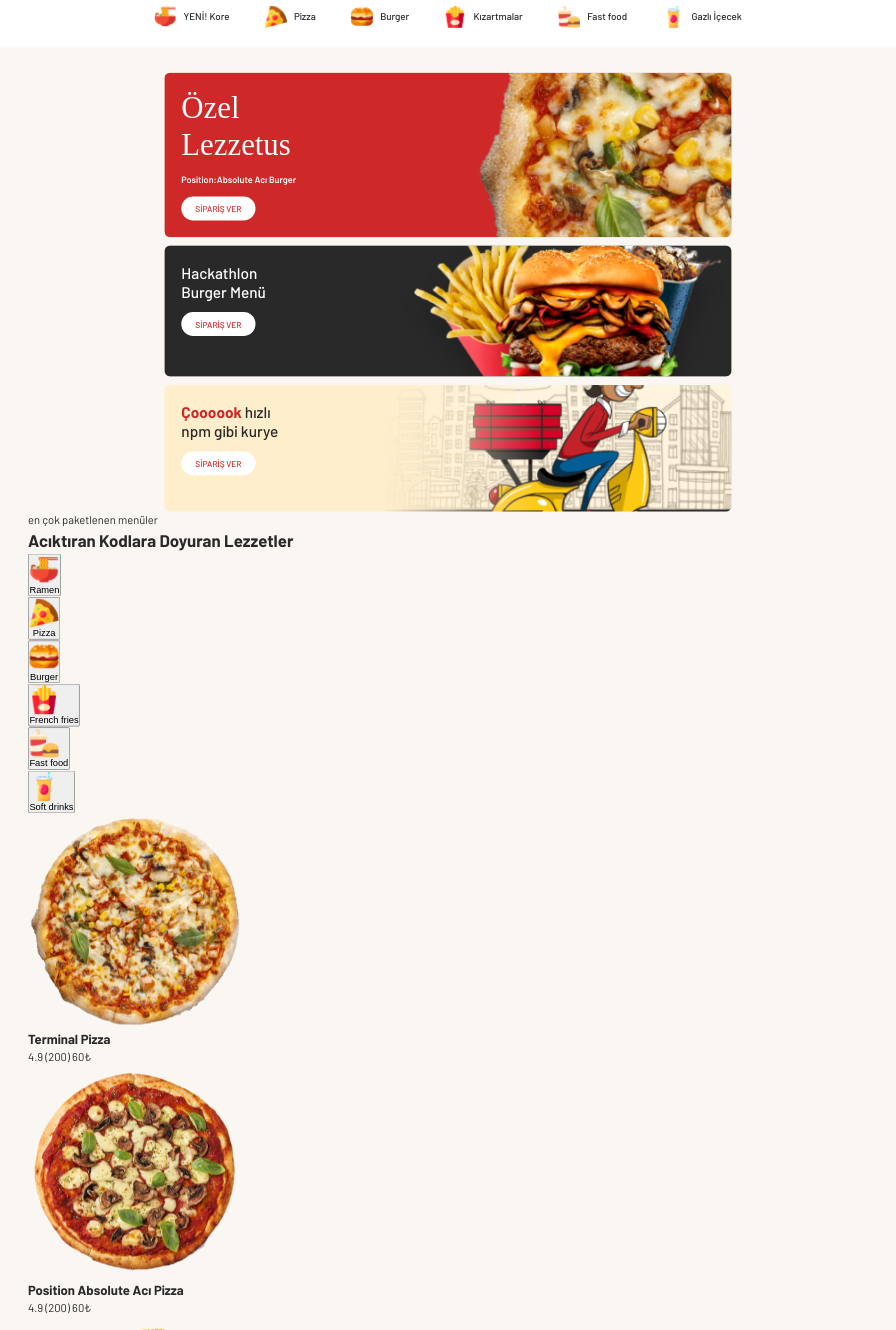
Repository: GozdeAybey/Pizza-HTML-CSS
Page: index.html
An editor plug-in stored every save of this project. The page is shown before and after the next save, followed by the edit.
The browser window is 1280 px wide. The pictures show the part of the page from y = 737 to 2637 px (the page is 4313 px tall before and 4014 px after), at 70% of full size.
A picture or video elsewhere on the page could not be fetched, so the positions and the page height are approximate. Some web fonts or font styles are not loaded; a fallback is used.

Above is the page before, as saved 2026-10-26 23:19:25.

After the next save:
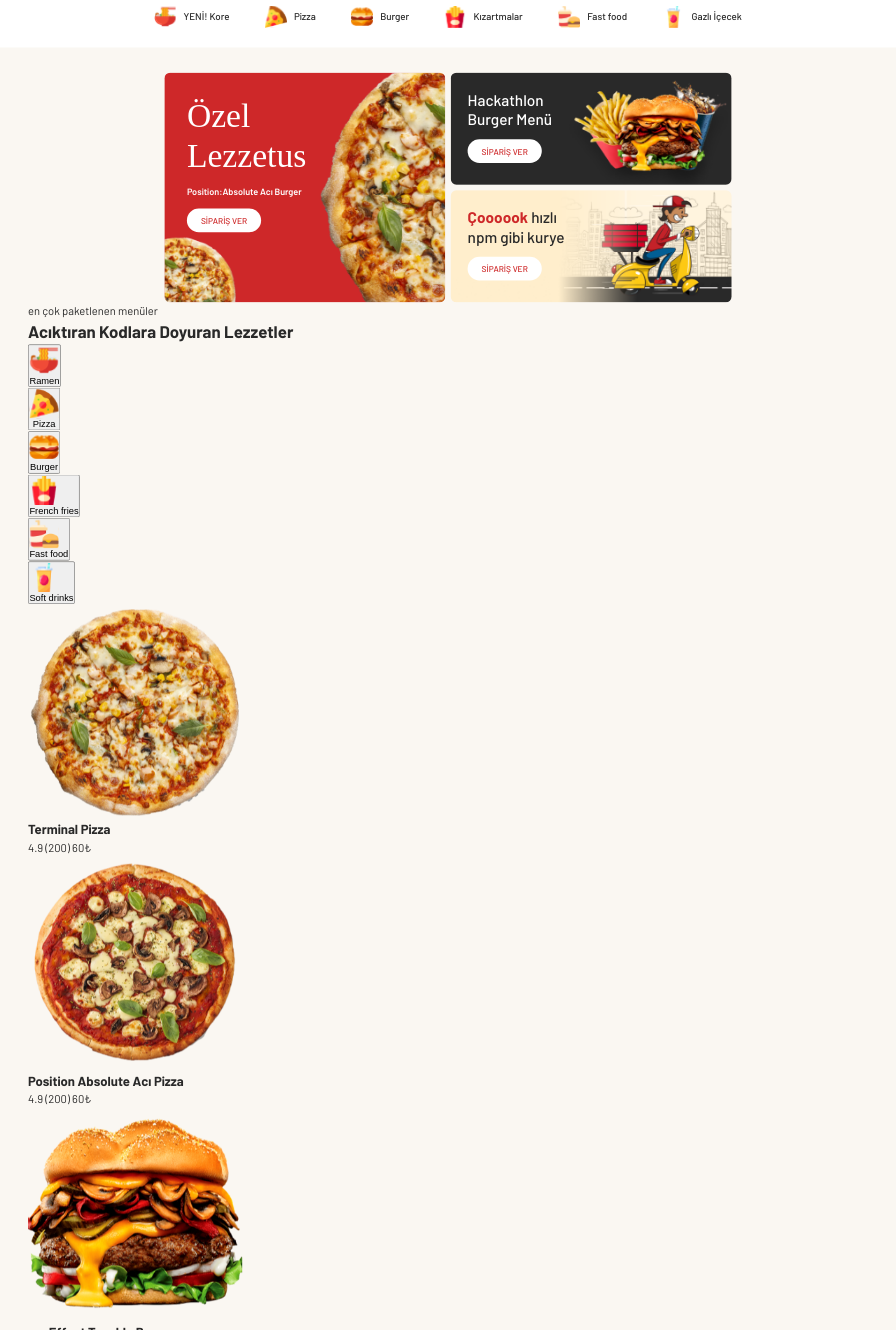
Saved 73 s later.
--- a/style.css
+++ b/style.css
@@ -212,4 +212,23 @@ a {
     gap: 50px;
     max-width: none;
   }
-}
+  .kampanyalar {
+    grid-template-columns: 1fr 1fr;
+    gap: 8px;
+  }
+
+  .pizza {
+    grid-row: span 2;
+    min-height: 0;
+    padding: 32px;
+  }
+
+  .pizza h2 {
+    font-size: 48px;
+  }
+
+  .burger,
+  .kurye {
+    min-height: 160px;
+  }
+}
